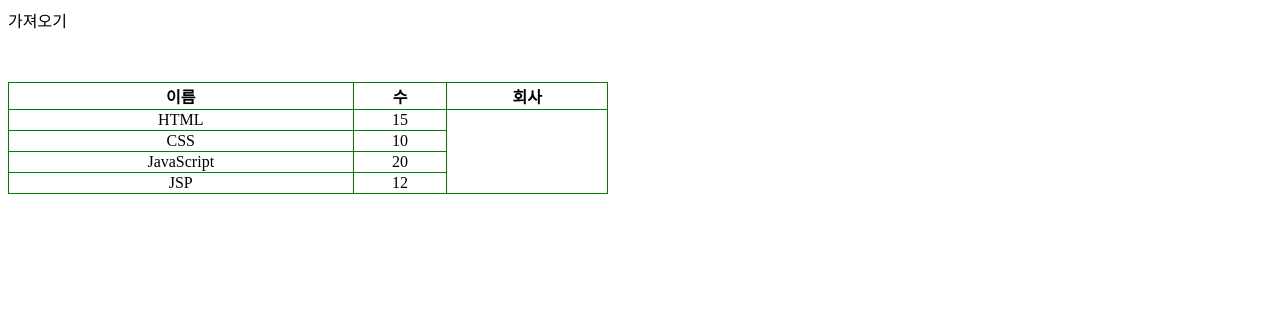
Repository: tjdwlsl/jspstudy
Page: http://localhost/JQuery_Ajax/02_ajax/ex04/ex04.jsp
These files come from the project's save history. The page is drawn as it stood at one moment and after the next save; the edit follows.
The browser window is 1280 px wide. The pictures show the whole page.
After loading, the first visible `#btn` was clicked once.
The page is served by Tomcat 9. Other server files are loaded and not shown.

Above is the page before, as saved 2023-07-21 02:17:55.

### JQuery_Ajax/src/main/webapp/02_ajax/ex04/ex04.jsp
<%@ page language="java" contentType="text/html; charset=UTF-8"
    pageEncoding="UTF-8"%>
<!DOCTYPE html>
<html>
<head>
<meta charset="UTF-8">
<title>Insert title here</title>
<style type="text/css">
	table{
		width: 600px; margin-top: 50px; border-collapse: collapse;
	}
	table, th, td{
		border: 1px solid green; text-align: center;
	}
</style>
<%-- jQuery 라이브러리 CDN --%>
<script src="https://ajax.googleapis.com/ajax/libs/jquery/3.7.0/jquery.min.js"></script>
<script type="text/javascript">
$(document).ready(function(){
	$("#btn").on("click", function() {
		//클릭을 하면 계속 추가되는 현상을 방지 => 초기화
		$("#out").empty();
		var table = "<table>";
		table += "<thead><tr><th>이름</th><th>수</th><th>회사</th></tr></thead>";
		table += "<tbody>";

		// jQuery에서 (xml, html, txt) 가져오는 메서드 :.getJSON()
		$.getJSON("data04.json", function(data) {
			//배열이므로 each
			$.each(data, function(k, v) {
				table += "<tr>";
				table += "<td>" +v["name"] + "</td>";
				table += "<td>" +v["scope"] + "</td>";
				table += "</tr>";

			});
			table +="</tbody><table>";
			$("#out").append(table);
		});
	});
});
</script>
</head>
<body>
	<div id="btn">가져오기</div>
	<div id="out"></div>
</body>
</html>

### JQuery_Ajax/src/main/webapp/02_ajax/ex04/data04.json


[
	{"name" : "HTML", "scope" : "15"},
	{"name" : "CSS", "scope" : "10"},
	{"name" : "JavaScript", "scope" : "20"},
	{"name" : "JSP", "scope" : "12"}
]

After the next save:
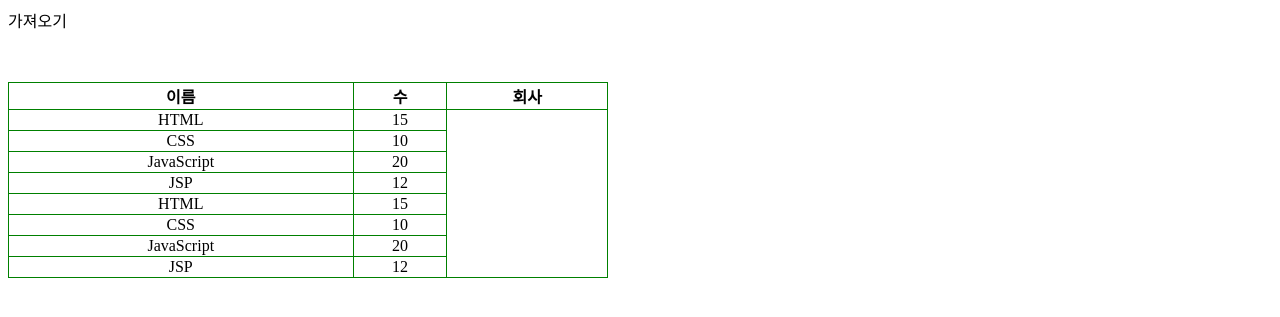
Saved 64 s later.
--- a/JQuery_Ajax/src/main/webapp/02_ajax/ex04/ex04.jsp
+++ b/JQuery_Ajax/src/main/webapp/02_ajax/ex04/ex04.jsp
@@ -34,6 +34,13 @@ $(document).ready(function(){
 				table += "</tr>";
 
 			});
+			$.each(data, function() {
+				table += "<tr>";
+				table += "<td>" +this["name"] + "</td>";
+				table += "<td>" +this["scope"] + "</td>";
+				table += "</tr>";
+
+			});
 			table +="</tbody><table>";
 			$("#out").append(table);
 		});
